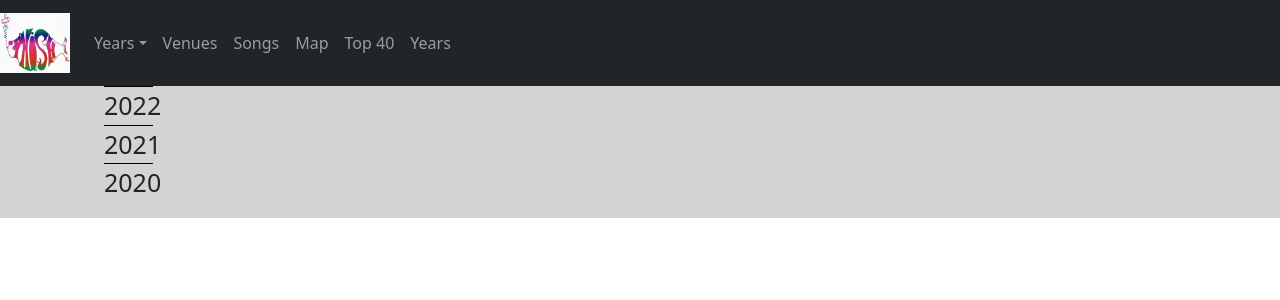
Repository: Jcparks84/gonePhishin
Page: / (app in my-app/)
An editor plug-in stored every save of this project. The page is shown before and after a run of saves, followed by the edit.
The browser window is 1280 px wide. The pictures show the whole page.
The page's requests for data from a server got no answer. The project was rebuilt for these pictures with package versions that can differ from the ones it lists, and the page was loaded fresh each time. No one was signed in, and anything a server would have sent is missing. Also part of the build but not shown: my-app/src/components/audioPlayer/audioPlayer.js.

Above is the page before, as saved 2022-08-16 18:21:53.

### my-app/src/App.js
import './App.css';
import AudioPlayer from './components/audioPlayer/audioPlayer';
import Navbar from './components/navbar/navBar'
import YearPage from './pages/yearPage/yearPage';



function App() {
  const apiKey = process.env.REACT_APP_API_KEY


  return (
    <div className="App">
      <div>
      <Navbar fixed="top" />
      </div>
      <div>
        <YearPage/>
      </div>
      <div>
        {/* <AudioPlayer/> */}
      </div>

    </div>

  );
}

export default App;

### my-app/src/App.css
.App {
  text-align: center;
  background-color: #d3d3d3;
}

.App-logo {
  height: 40vmin;
  pointer-events: none;
}

@media (prefers-reduced-motion: no-preference) {
  .App-logo {
    animation: App-logo-spin infinite 20s linear;
  }
}

.App-header {
  background-color: #282c34;
  min-height: 100vh;
  display: flex;
  flex-direction: column;
  align-items: center;
  justify-content: center;
  font-size: calc(10px + 2vmin);
  color: white;
}

.App-link {
  color: #61dafb;
}

@keyframes App-logo-spin {
  from {
    transform: rotate(0deg);
  }
  to {
    transform: rotate(360deg);
  }
}

### my-app/src/components/navbar/navBar.js
import logo from '../images/phish.png'
import './navBar.css';
import 'bootstrap/dist/css/bootstrap.css'
import { Nav, Navbar, NavDropdown } from 'react-bootstrap'
import AudioPlayer from '../audioPlayer/audioPlayer';
import YearPage from '../../pages/yearPage/yearPage';



function NavBar() {
  return (
    <div className="navBar">
      <Navbar bg="dark" variant="dark"
        sticky="top" expand="sm" collapseOnSelect>
        <Navbar.Brand>
          <img src={logo} width="70px" height="60px" />{' '}
        </Navbar.Brand>

        <Navbar.Toggle className="coloring" />
        <Navbar.Collapse>
          <Nav>
            <NavDropdown title="Years">
              <NavDropdown.Item href="#years/2021">2021</NavDropdown.Item>
              <NavDropdown.Item href="#years/2020">2020</NavDropdown.Item>
              <NavDropdown.Item href="#years/2019">2019</NavDropdown.Item>
            </NavDropdown>
            <Nav.Link href="#Venues">Venues</Nav.Link>
            <Nav.Link href="#contact-us">Songs</Nav.Link>
            <Nav.Link href="#contact-us">Map</Nav.Link>
            <Nav.Link href="#contact-us">Top 40</Nav.Link>
            <Nav.Link path="#years">{YearPage}Years</Nav.Link>

          </Nav>
        </Navbar.Collapse>

      </Navbar>
    </div>
  );
}


export default NavBar;

### my-app/src/pages/yearPage/yearPage.js
import React from 'react'
import './yearPage.css'


function YearPage(){
    return(
        <div className='container'>
            <body></body>
            <ul>
                <li>2022</li>
                <li>2021</li>
                <li>2020</li>
            </ul>
        </div>
    )
}

export default YearPage;

### my-app/src/components/navbar/navBar.css
.bg-myRed{
    background-color: crimson;
  }

  .content{
    padding: 12px;
    height: 3000px;
  }

  .coloring{
    color: black;
  }

  nav.link {
    align-items: center;
  }

### my-app/src/pages/yearPage/yearPage.css

.container {
    display: flex;
}

li {
    text-align: left;
    font-size: 25px;
    border-top:solid black 1px;
    width:103%;
    margin-left:-10px;
}

ul {
    list-style-type: none;
}

Loaded but not shown: my-app/public/index.html (common file); my-app/src/index.js (common file); my-app/src/index.css (common file); my-app/src/reportWebVitals.js (common file)

After the next 2 saves:
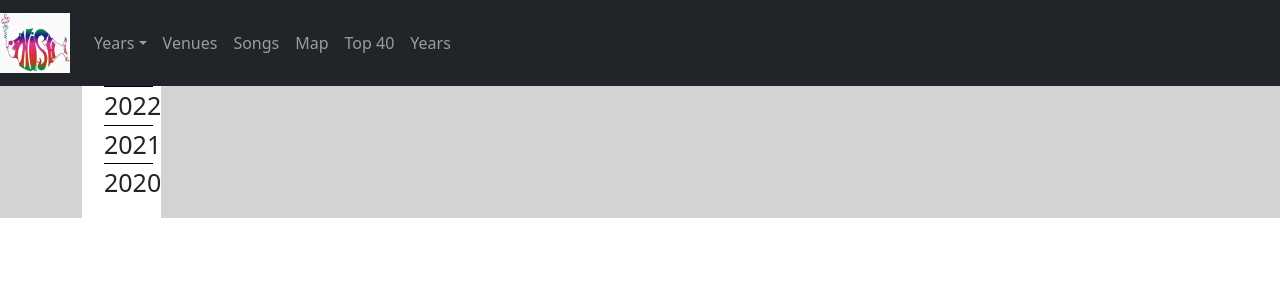
The 2 saves are shown as one change because 1 did not build or start.
The last was saved 11 s later.
--- a/my-app/src/pages/yearPage/yearPage.js
+++ b/my-app/src/pages/yearPage/yearPage.js
@@ -5,12 +5,13 @@ import './yearPage.css'
 function YearPage(){
     return(
         <div className='container'>
-            <body></body>
+            <body>
             <ul>
                 <li>2022</li>
                 <li>2021</li>
                 <li>2020</li>
             </ul>
+            </body>
         </div>
     )
 }
